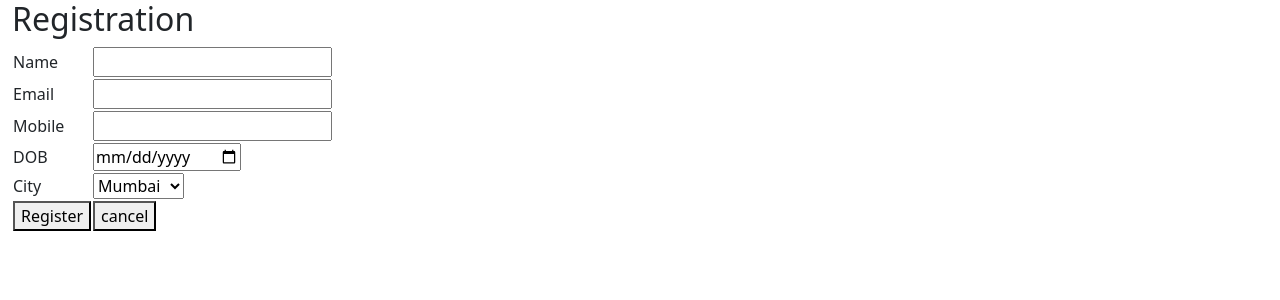
Repository: saurabh-7079/BookApp
Page: UserManagement/WebContent/home.html
The author's editor kept a copy of each file at every save. The page is drawn from the files as they stood at one save, then again after the next save.
The browser window is 1280 px wide. The pictures show the whole page.

Above is the page before, as saved 2023-06-05 13:26:09.

### UserManagement/WebContent/home.html
<!DOCTYPE html>
<html>
<head>
<meta charset="ISO-8859-1">
<title>Insert title here</title>
<link rel="stylesheet" href="css/bootstrap.css"></link>
</head>
<body class="container-fluid">
   <form action="register" method="post">
      <h2>Registration </h2>
      <table>
      <tr>
      <td>Name</td>
      <td><input type="text" name="userName" required></td>
      </tr>
      <tr>
      <td>Email</td>
      <td><input type="email" name="email" required></td>
      </tr>
      <tr>
      <td>Mobile</td>
      <td><input type="text" name="mobile" required></td>
      </tr>
      <tr>
      <td>DOB</td>
      <td><input type="date" name="dob" required></td>
      </tr>
      <tr>
      <td>City</td>
      <td><select name="city>
          <option> value="pune">Pune</option>
          <option value="mumbai">Mumbai</option>
          <option value="delhi">Delhi</option>
          <option value="banglore">Banglore</option>
      </select></td>
      </tr>
      <tr>
      <td><button type="submit"> Register</button></td>
      <td><button type="reset"> cancel</button></td>
      </tr>
      </table>

   </form>
</body>
</html>

Loaded but not shown: UserManagement/WebContent/css/bootstrap.css (library)

After the next save:
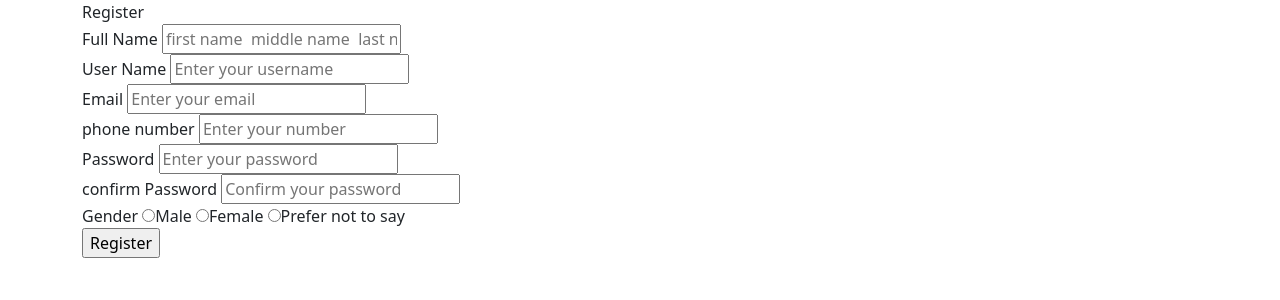
Saved 10 min 20 s later.
--- a/UserManagement/WebContent/home.html
+++ b/UserManagement/WebContent/home.html
@@ -6,40 +6,47 @@
 <link rel="stylesheet" href="css/bootstrap.css"></link>
 </head>
 <body class="container-fluid">
-   <form action="register" method="post">
-      <h2>Registration </h2>
-      <table>
-      <tr>
-      <td>Name</td>
-      <td><input type="text" name="userName" required></td>
-      </tr>
-      <tr>
-      <td>Email</td>
-      <td><input type="email" name="email" required></td>
-      </tr>
-      <tr>
-      <td>Mobile</td>
-      <td><input type="text" name="mobile" required></td>
-      </tr>
-      <tr>
-      <td>DOB</td>
-      <td><input type="date" name="dob" required></td>
-      </tr>
-      <tr>
-      <td>City</td>
-      <td><select name="city>
-          <option> value="pune">Pune</option>
-          <option value="mumbai">Mumbai</option>
-          <option value="delhi">Delhi</option>
-          <option value="banglore">Banglore</option>
-      </select></td>
-      </tr>
-      <tr>
-      <td><button type="submit"> Register</button></td>
-      <td><button type="reset"> cancel</button></td>
-      </tr>
-      </table>
+  <div class="container">
+       <div class="title"> Register </div>
+       <form action="#">
+           <div class="user-details">
+               <div class="input-box">
+                   <span class="details">Full Name</span>
+                   <input type="text" placeholder="first name  middle name  last name" required>
+               </div>
+               <div class="input-box">
+                <span class="details">User Name</span>
+                <input type="text" placeholder="Enter your username" required>
+            </div>
+            <div class="input-box">
+                <span class="details">Email</span>
+                <input type="text" placeholder="Enter your email" required>
+            </div>
+            <div class="input-box">
+                <span class="details">phone number</span>
+                <input type="text" placeholder="Enter your number" required>
+            </div>
+            <div class="input-box">
+                <span class="details">Password</span>
+                <input type="text" placeholder="Enter your password" required>
+            </div>
+            <div class="input-box">
+                <span class="details"> confirm Password</span>
+                <input type="text" placeholder="Confirm your password" required>
+            </div>
+            <div class="gender-details">
+                <span class="gender-title"> Gender</span>
+                <input type="radio" name="gender" id="">Male
+                <input type="radio" name="gender" id="">Female
+                <input type="radio" name="gender" id="">Prefer not to say
+            </div>
+           </div>
+           <div class="button">
+               <input type="submit" value="Register">
+           </div>
+       </form>
 
-   </form>
+
+   </div>
 </body>
 </html>
